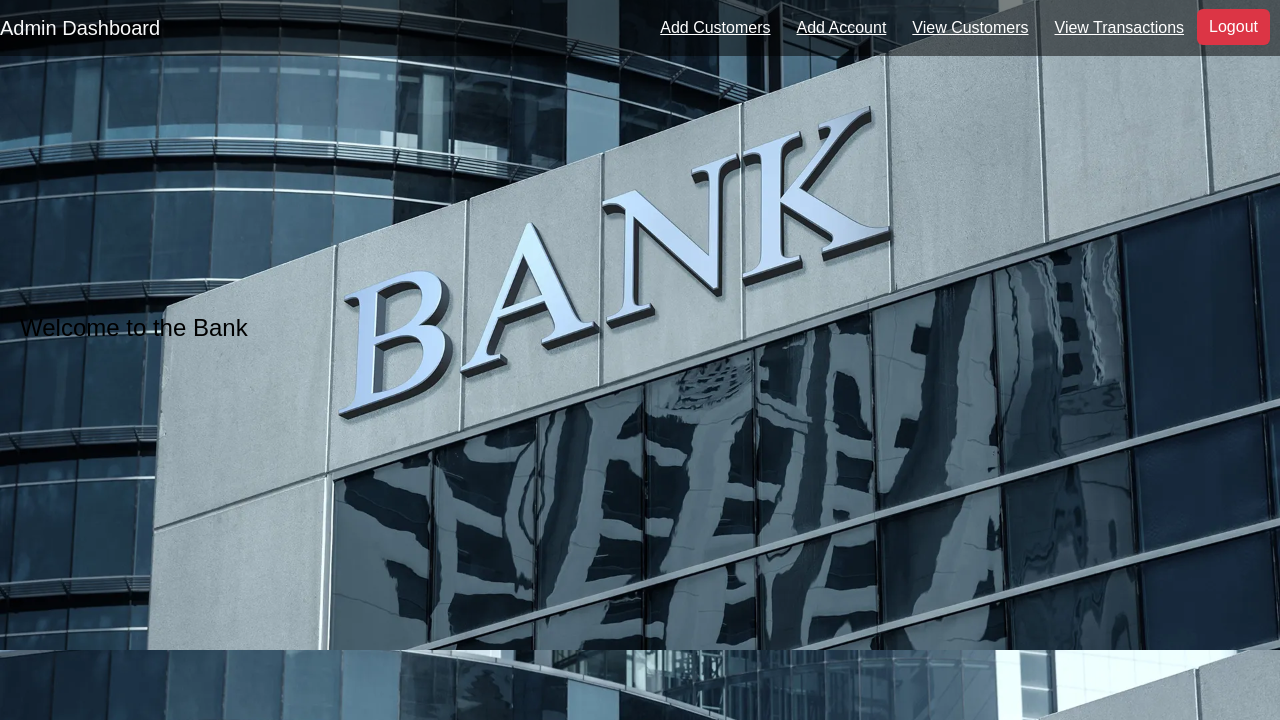
Repository: prathamsuhasia/swabhav-mini-project
Page: http://localhost/01-mini-project/Admin.jsp
An editor plug-in stored every save of this project. The page is shown before and after the next save, followed by the edit.
The browser window is 1280 px wide. The pictures show the whole page.
The page is served by Tomcat 9. The session is filled in as if someone had signed in: {"username": "testuser", "admin": "admin"}.

Above is the page before, as saved 2024-08-15 16:17:16.

After the next save:
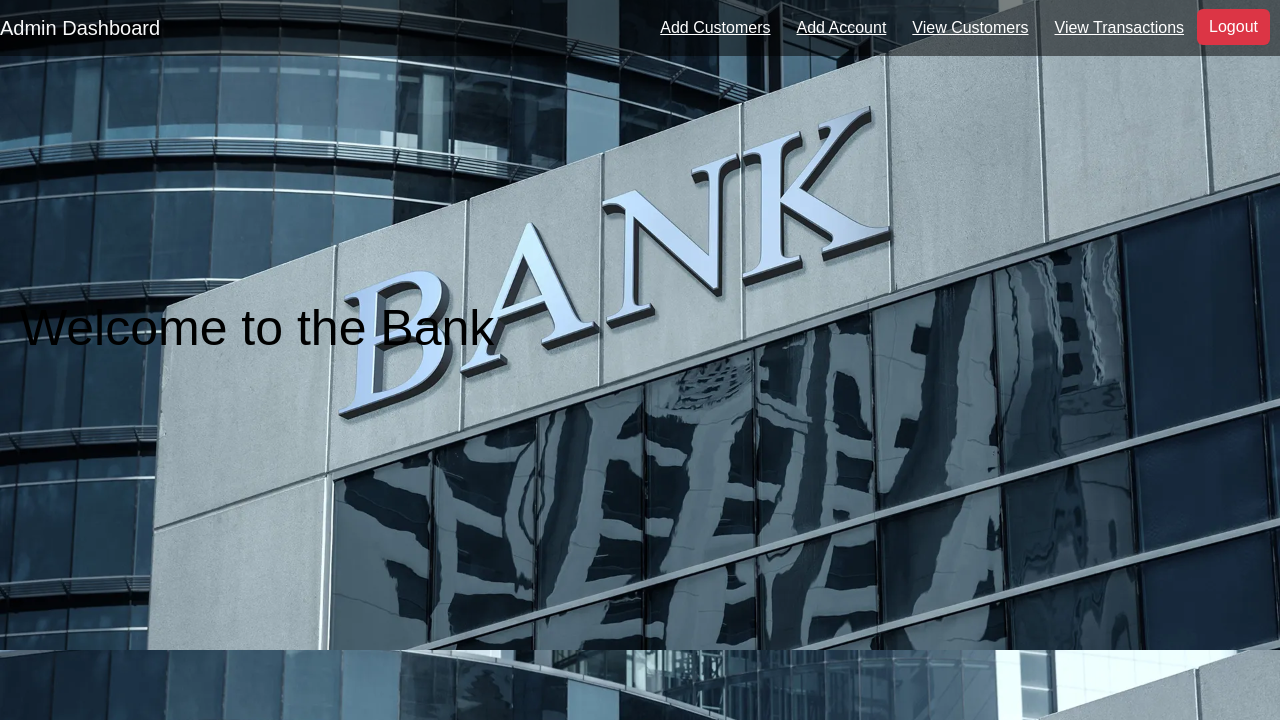
Saved 22 s later.
--- a/01-mini-project/WebContent/Admin.jsp
+++ b/01-mini-project/WebContent/Admin.jsp
@@ -68,7 +68,7 @@ body {
 	height: 70vh;
 	justify-content: flex-start;
 	padding-left: 20px;
-	font-size: 24px;
+	font-size: 50px;
 }
 
 .container {
